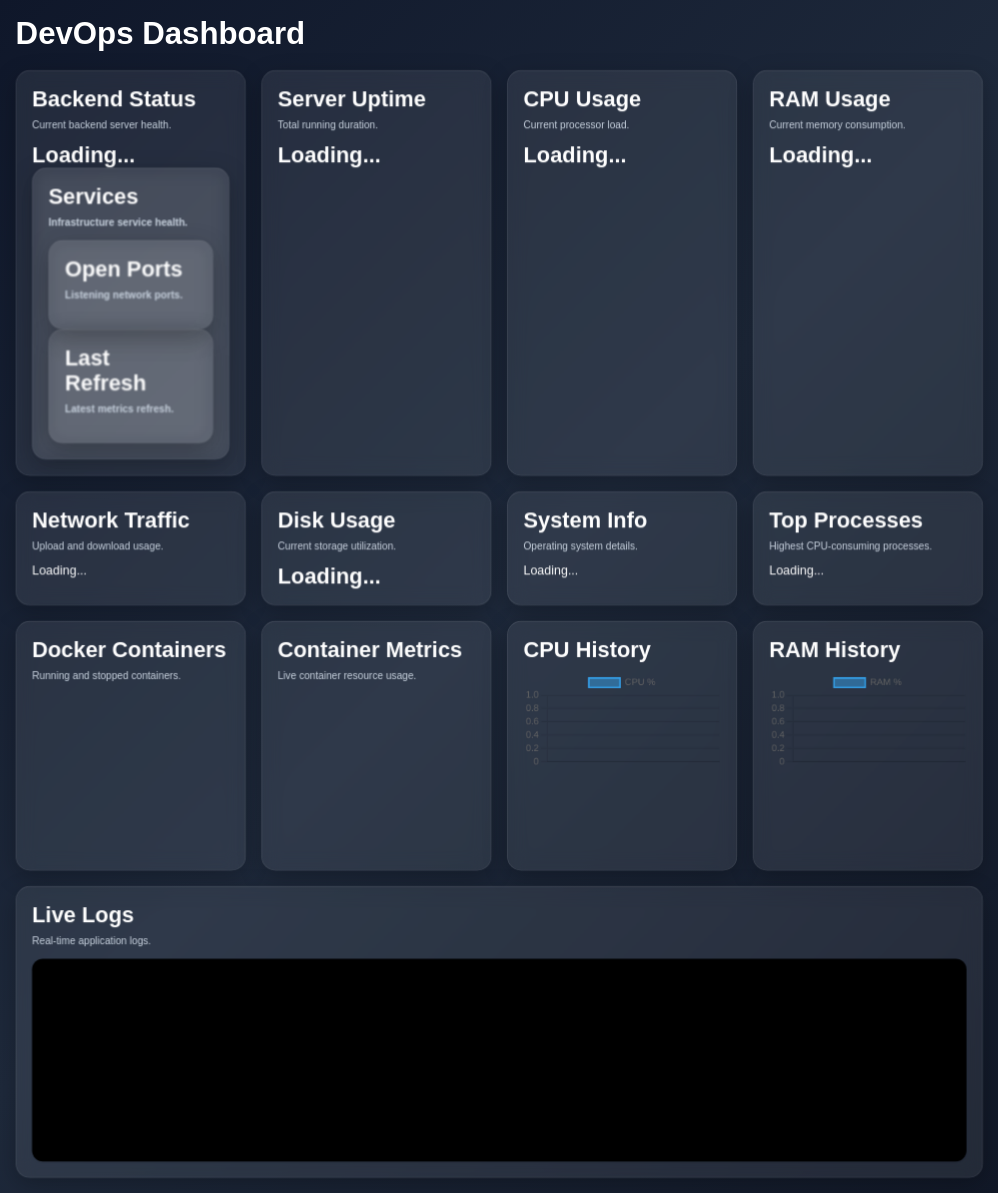
Repository: manoj-991/devops-dashboard
Page: frontend/index.html
The author's editor kept a copy of each file at every save. The page is drawn from the files as they stood at one save, then again after the next save.
The browser window is 1280 px wide. The pictures show the whole page, at 78% of full size.
The page's requests for data from a server got no answer.

Above is the page before, as saved 2026-05-24 00:39:48.

### frontend/index.html
<!DOCTYPE html>
<html>

<head>

    <title>DevOps Dashboard</title>

    <link rel="stylesheet" href="style.css">

    <script src="https://cdn.jsdelivr.net/npm/chart.js"></script>

</head>

<body>

    <h1>DevOps Dashboard</h1>

    <div id="alerts"></div>

    <div class="dashboard">

        <div class="card">
            <h2>Backend Status</h2>
            <div class="description">
                Current backend server health.
            </div>
            <div id="health" class="metric">
                Loading...
                <div class="card">

    <h2>Services</h2>

    <div class="description">
        Infrastructure service health.
    </div>

    <div id="services">
    </div>
<div class="card">

    <h2>Open Ports</h2>

    <div class="description">
        Listening network ports.
    </div>

    <div id="ports">
    </div>

</div>
<div class="card">

    <h2>Last Refresh</h2>

    <div class="description">
        Latest metrics refresh.
    </div>

    <div id="lastUpdated">
    </div>

</div>
</div>
            </div>
        </div>

        <div class="card">
            <h2>Server Uptime</h2>
            <div class="description">
                Total running duration.
            </div>
            <div id="uptime" class="metric">
                Loading...
            </div>
        </div>

        <div class="card">
            <h2>CPU Usage</h2>
            <div class="description">
                Current processor load.
            </div>
            <div id="cpu" class="metric">
                Loading...
            </div>
        </div>

        <div class="card">
            <h2>RAM Usage</h2>
            <div class="description">
                Current memory consumption.
            </div>
            <div id="ram" class="metric">
                Loading...
            </div>
        </div>

        <div class="card">
            <h2>Network Traffic</h2>
            <div class="description">
                Upload and download usage.
            </div>
            <div id="network">
                Loading...
            </div>
        </div>

        <div class="card">
            <h2>Disk Usage</h2>
            <div class="description">
                Current storage utilization.
            </div>
            <div id="disk" class="metric">
                Loading...
            </div>
        </div>

        <div class="card">
            <h2>System Info</h2>
            <div class="description">
                Operating system details.
            </div>
            <div id="system">
                Loading...
            </div>
        </div>

        <div class="card">
            <h2>Top Processes</h2>
            <div class="description">
                Highest CPU-consuming processes.
            </div>
            <div id="processes">
                Loading...
            </div>
        </div>

        <div class="card">
            <h2>Docker Containers</h2>
            <div class="description">
                Running and stopped containers.
            </div>

            <div id="docker" class="container-list">
            </div>
        </div>

        <div class="card">
            <h2>Container Metrics</h2>
            <div class="description">
                Live container resource usage.
            </div>

            <div id="containerStats">
            </div>
        </div>

        <div class="card chart-container">
            <h2>CPU History</h2>

            <canvas id="cpuChart"></canvas>
        </div>

        <div class="card chart-container">
            <h2>RAM History</h2>

            <canvas id="ramChart"></canvas>
        </div>

        <div class="card" style="grid-column:1/-1;">
            <h2>Live Logs</h2>

            <div class="description">
                Real-time application logs.
            </div>

            <div id="logs" class="logs-box">
            </div>
        </div>

    </div>

    <div class="modal" id="logModal">

        <div class="modal-content">

            <div class="modal-header">

                <h2>Container Logs</h2>

                <button class="close-btn" onclick="closeModal()">
                    Close
                </button>

            </div>

            <div id="modalLogs" class="modal-logs">
            </div>

        </div>

    </div>

    <script src="app.js"></script>

</body>

</html>

### frontend/style.css
* {
    margin: 0;
    padding: 0;
    box-sizing: border-box;
    font-family: Arial, Helvetica, sans-serif;
}

body {
    background:
        linear-gradient(135deg,
            #0f172a,
            #1e293b,
            #111827);

    color: white;
    min-height: 100vh;
    padding: 20px;
    transition: 0.4s;
}

h1 {
    margin-bottom: 25px;
    font-size: 40px;
}

.dashboard {
    display: grid;

    grid-template-columns:
        repeat(auto-fit, minmax(260px, 1fr));

    gap: 20px;
}

.card {
    background: rgba(255, 255, 255, 0.08);

    backdrop-filter: blur(12px);

    border: 1px solid rgba(255, 255, 255, 0.1);

    border-radius: 18px;

    padding: 20px;

    transition: 0.3s;

    box-shadow:
        0 8px 30px rgba(0, 0, 0, 0.25);

    overflow: hidden;
}

.card:hover {
    transform: translateY(-5px);

    box-shadow:
        0 12px 40px rgba(0, 0, 0, 0.35);
}

.card h2 {
    margin-bottom: 10px;
    font-size: 28px;
}

.description {
    color: #cbd5e1;
    font-size: 13px;
    margin-bottom: 15px;
}

.metric {
    font-size: 28px;
    font-weight: bold;
    margin-top: 10px;
}

.logs-box {
    background: black;
    color: #00ff88;

    height: 260px;

    overflow-y: auto;

    padding: 15px;

    border-radius: 14px;

    font-family: monospace;

    margin-top: 10px;

    white-space: pre-wrap;
}

.chart-container {
    height: 320px;
}

.container-list {
    max-height: 260px;
    overflow-y: auto;
}

.container-item {
    background:
        rgba(255, 255, 255, 0.06);

    padding: 14px;

    border-radius: 12px;

    margin-bottom: 12px;

    transition: 0.3s;
}

.container-item:hover {
    background:
        rgba(255, 255, 255, 0.12);
}

.status-running {
    color: #22c55e;
    font-weight: bold;
}

.status-exited {
    color: #ef4444;
    font-weight: bold;
}

.btn-group {
    margin-top: 10px;
    display: flex;
    gap: 10px;
    flex-wrap: wrap;
}

button {
    border: none;

    padding: 10px 14px;

    border-radius: 10px;

    cursor: pointer;

    transition: 0.3s;

    font-weight: bold;
}

button:hover {
    transform: scale(1.05);
}

.start-btn {
    background: #22c55e;
    color: white;
}

.stop-btn {
    background: #ef4444;
    color: white;
}

.restart-btn {
    background: #3b82f6;
    color: white;
}

.logs-btn {
    background: #f59e0b;
    color: white;
}

.alert-box {
    position: fixed;

    top: 20px;
    right: 20px;

    background: #ef4444;

    color: white;

    padding: 14px 20px;

    border-radius: 12px;

    font-weight: bold;

    z-index: 999;

    animation: pulse 1s infinite;
}

@keyframes pulse {

    0% {
        transform: scale(1);
    }

    50% {
        transform: scale(1.05);
    }

    100% {
        transform: scale(1);
    }
}

.modal {
    position: fixed;

    top: 0;
    left: 0;

    width: 100%;
    height: 100%;

    background: rgba(0, 0, 0, 0.75);

    display: none;

    align-items: center;
    justify-content: center;

    z-index: 9999;
}

.modal-content {

    width: 80%;
    height: 70%;

    background: #0f172a;

    border-radius: 18px;

    padding: 20px;

    display: flex;

    flex-direction: column;
}

.modal-header {
    display: flex;

    justify-content: space-between;

    margin-bottom: 15px;
}

.close-btn {
    background: red;
    color: white;
}

.modal-logs {

    flex: 1;

    background: black;

    color: #00ff88;

    padding: 15px;

    border-radius: 12px;

    overflow-y: auto;

    font-family: monospace;

    white-space: pre-wrap;
}

::-webkit-scrollbar {
    width: 8px;
}

::-webkit-scrollbar-thumb {
    background: #475569;
    border-radius: 10px;
}

### frontend/app.js
const cpuChartCtx =
    document.getElementById("cpuChart")

const ramChartCtx =
    document.getElementById("ramChart")

const cpuChart =
    new Chart(cpuChartCtx, {

        type: "line",

        data: {

            labels: [],

            datasets: [{

                label: "CPU %",

                data: [],

                borderWidth: 2,

                tension: 0.4,

                fill: true
            }]
        }
    })

const ramChart =
    new Chart(ramChartCtx, {

        type: "line",

        data: {

            labels: [],

            datasets: [{

                label: "RAM %",

                data: [],

                borderWidth: 2,

                tension: 0.4,

                fill: true
            }]
        }
    })

async function loadDashboard() {

    try {

        // HEALTH
        const healthRes =
            await fetch("/api/health")

        const health =
            await healthRes.json()

        document
            .getElementById("health")
            .innerText =
            health.status


        // UPTIME
        const uptimeRes =
            await fetch("/api/uptime")

        const uptime =
            await uptimeRes.json()

        document
            .getElementById("uptime")
            .innerText =
            uptime.uptime


        // CPU
        const cpuRes =
            await fetch("/api/cpu")

        const cpu =
            await cpuRes.json()

        document
            .getElementById("cpu")
            .innerText =
            cpu.cpu


        // RAM
        const ramRes =
            await fetch("/api/ram")

        const ram =
            await ramRes.json()

        document
            .getElementById("ram")
            .innerText =
            ram.ram


        // DISK
        const diskRes =
            await fetch("/api/disk")

        const disk =
            await diskRes.json()

        document
            .getElementById("disk")
            .innerText =
            disk.disk


        // SYSTEM
        const systemRes =
            await fetch("/api/system")

        const system =
            await systemRes.json()

        document
            .getElementById("system")
            .innerHTML = `

        OS: ${system.os}
        <br><br>

        Platform:
        ${system.platform}

        <br><br>

        Host:
        ${system.hostname}
        `


        // NETWORK
        const networkRes =
            await fetch("/api/network")

        const network =
            await networkRes.json()

        document
            .getElementById("network")
            .innerHTML = `

        Upload:
        ${(network.bytes_sent / 1024 / 1024)
                .toFixed(2)} MB

        <br><br>

        Download:
        ${(network.bytes_received / 1024 / 1024)
                .toFixed(2)} MB
        `


        // PROCESSES
        const processRes =
            await fetch("/api/processes")

        const processes =
            await processRes.json()

        let processHTML = ""

        processes.forEach(process => {

            processHTML += `

            <div style="margin-bottom:12px;">

                <strong>
                ${process.name}
                </strong>

                <br>

                CPU:
                ${process.cpu.toFixed(2)}%

            </div>
            `
        })

        document
            .getElementById("processes")
            .innerHTML =
            processHTML


        // DOCKER
        const dockerRes =
            await fetch("/api/docker")

        const containers =
            await dockerRes.json()

        let dockerHTML = ""

        containers.forEach(container => {

            dockerHTML += `

            <div class="container-item">

                <strong>
                ${container.name}
                </strong>

                <br><br>

                Image:
                ${container.image}

                <br><br>

                State:

                <span class="
                ${container.state === "running"
                    ? "status-running"
                    : "status-exited"}
                ">

                ${container.state}

                </span>

                <br><br>

                Status:
                ${container.status}

                <div class="btn-group">

                    <button
                    class="logs-btn"
                    onclick="
                    showContainerLogs(
                    '${container.name}'
                    )
                    ">
                        Logs
                    </button>

                </div>

            </div>
            `
        })

        document
            .getElementById("docker")
            .innerHTML =
            dockerHTML


        // CONTAINER STATS
        const statsRes =
            await fetch("/api/container-stats")

        const stats =
            await statsRes.json()

        let statsHTML = ""

        stats.forEach(stat => {

            statsHTML += `

            <div
            style="margin-bottom:15px;">

                <strong>
                ${stat.name}
                </strong>

                <br>

                CPU:
                ${stat.cpu}

                <br>

                Memory:
                ${stat.memory}

            </div>
            `
        })

        document
            .getElementById("containerStats")
            .innerHTML =
            statsHTML


        // LOGS
        const logsRes =
            await fetch("/api/logs")

        const logs =
            await logsRes.json()

        document
            .getElementById("logs")
            .innerText =
            logs.logs


        // CPU HISTORY
        const cpuHistoryRes =
            await fetch("/api/cpu-history")

        const cpuHistory =
            await cpuHistoryRes.json()

        cpuChart.data.labels =
            cpuHistory.map(point => point.time)

        cpuChart.data.datasets[0].data =
            cpuHistory.map(point => point.value)

        cpuChart.update()


        // RAM HISTORY
        const ramHistoryRes =
            await fetch("/api/ram-history")

        const ramHistory =
            await ramHistoryRes.json()

        ramChart.data.labels =
            ramHistory.map(point => point.time)

        ramChart.data.datasets[0].data =
            ramHistory.map(point => point.value)

        ramChart.update()


        // ALERTS
        const alerts =
            document.getElementById("alerts")

        alerts.innerHTML = ""

        const ramValue =
            parseFloat(ram.ram)

        if (ramValue > 80) {

            alerts.innerHTML += `

            <div class="alert-box">

                HIGH RAM USAGE

            </div>
            `
        }

    } catch (error) {

        console.log(error)
    }
}

async function showContainerLogs(name) {

    const response =
        await fetch(
            `/api/container-logs/${name}`
        )

    const data =
        await response.json()

    document
        .getElementById("logModal")
        .style.display =
        "flex"

    document
        .getElementById("modalLogs")
        .innerText =
        data.logs
}

function closeModal() {

    document
        .getElementById("logModal")
        .style.display =
        "none"
}
async function containerAction(
    action,
    name
){

    await fetch(
        `/api/container-${action}/${name}`,
        {
            method:"POST"
        }
    )

    loadDashboard()
}
loadDashboard()

setInterval(
    loadDashboard,
    5000
)

After the next save:
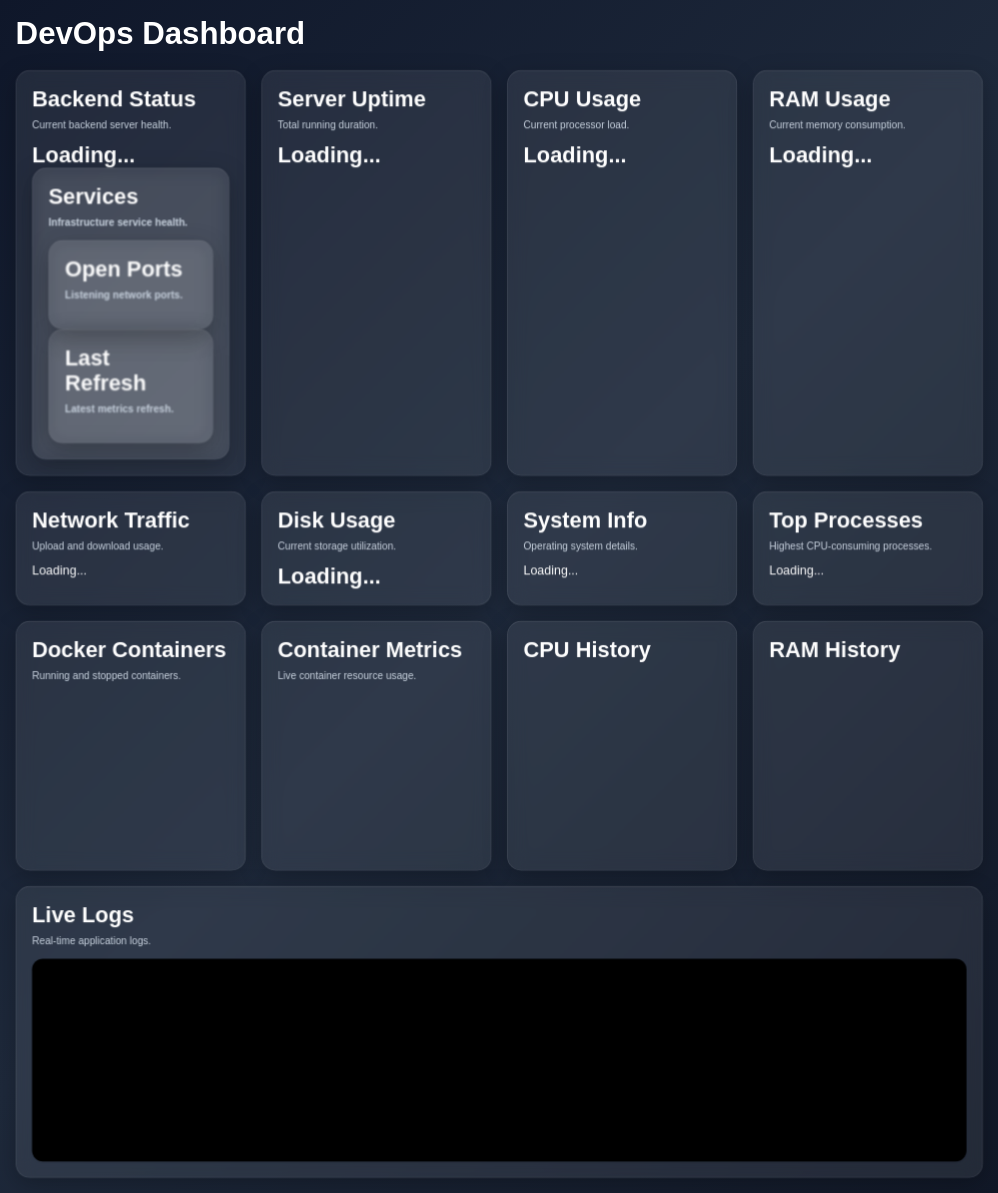
Console error: SyntaxError: Unexpected end of input
Saved 11 s later.
--- a/frontend/app.js
+++ b/frontend/app.js
@@ -422,8 +422,6 @@
     )
 
     loadDashboard()
-}
-loadDashboard()
 
 setInterval(
     loadDashboard,

After the 3 saves that followed:
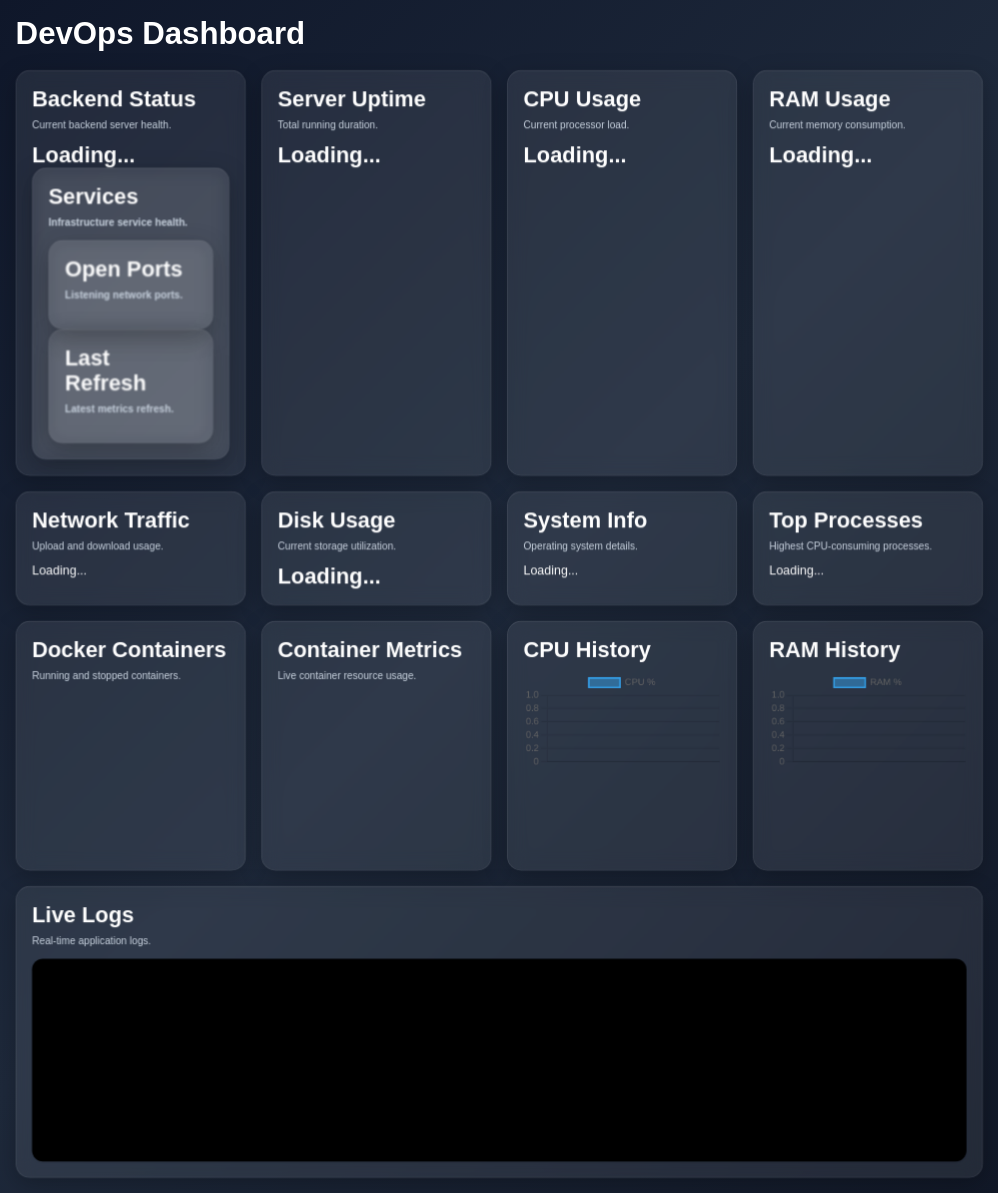
The error is gone.
The 3 saves are shown as one change because 2 left the picture as it was.
The last was saved 92 s later.
--- a/frontend/app.js
+++ b/frontend/app.js
@@ -422,6 +422,8 @@
     )
 
     loadDashboard()
+}
+loadDashboard()
 
 setInterval(
     loadDashboard,
